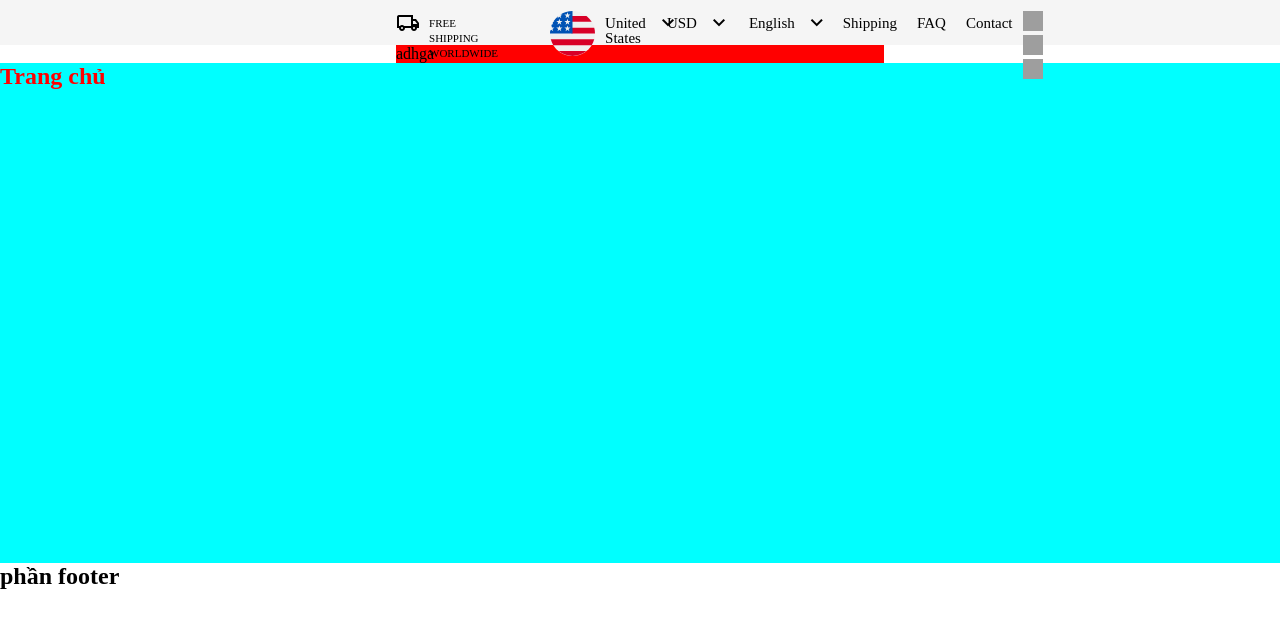
Repository: tatvanhco/shopper
Page: /
These files come from the project's save history. The page is drawn as it stood at one moment and after a run of saves; the edit follows.
The browser window is 1280 px wide. The pictures show the whole page.
Pictures or frames that could not be fetched are drawn as grey boxes. The project was rebuilt for these pictures with package versions that can differ from the ones it lists, and the page was loaded fresh each time.

Above is the page before, as saved 2022-09-24 12:07:52.

### src/index.tsx
import React from 'react';
import { createRoot } from 'react-dom/client';
import { Provider } from 'react-redux';
import { store } from './app/store';
import App from './App';
import reportWebVitals from './reportWebVitals';
import './index.scss';

const container = document.getElementById('root')!;
const root = createRoot(container);

root.render(
    <React.StrictMode>
        <Provider store={store}>
            <App />
        </Provider>
    </React.StrictMode>,
);

// If you want to start measuring performance in your app, pass a function
// to log results (for example: reportWebVitals(console.log))
// or send to an analytics endpoint. Learn more: https://bit.ly/CRA-vitals
reportWebVitals();

### src/app/store.ts
import { configureStore, ThunkAction, Action, getDefaultMiddleware } from '@reduxjs/toolkit';
import createSagaMiddleware from '@redux-saga/core';
import rootSaga from './rootSaga';

const sagaMiddleware = createSagaMiddleware();
export const store = configureStore({
    reducer: {

    },
    middleware: (getDefaultMiddleware) => {
        return getDefaultMiddleware().concat(sagaMiddleware);
    },
});

sagaMiddleware.run(rootSaga);

export type AppDispatch = typeof store.dispatch;
export type RootState = ReturnType<typeof store.getState>;
export type AppThunk<ReturnType = void> = ThunkAction<ReturnType, RootState, unknown, Action<string>>;

### src/App.tsx
import React from 'react';
import './App.scss';
import Header from 'components/header/header';
import Footer from 'components/footer/footer';
import Home from 'pages/home/home';

function App() {
    return (
        <div className="App">
            <Header />
            <Home />
            <Footer />
        </div>
    );
}

export default App;

### src/index.scss
/* @import 'normalize.css'; */
@import url('https://fonts.googleapis.com/css2?family=Roboto:wght@300;400;500;700&display=swap');
@import url('https://fonts.googleapis.com/css2?family=Material+Symbols+Outlined:opsz,wght,FILL,GRAD@20..48,100..700,0..1,-50..200');

body {
    margin: 0;
    padding: 0;
    /* font-family: -apple-system, BlinkMacSystemFont, 'Segoe UI', 'Roboto', 'Oxygen', 'Ubuntu', 'Cantarell', 'Fira Sans',
        'Droid Sans', 'Helvetica Neue', sans-serif; */
    -webkit-font-smoothing: antialiased;
    -moz-osx-font-smoothing: grayscale;
}

html {
    margin: 0;
    padding: 0;
}

code {
    font-family: source-code-pro, Menlo, Monaco, Consolas, 'Courier New', monospace;
}

p {
    margin: 0 !important;
    line-height: initial;
}

h1,
h2 {
    margin: 0;
}

### src/app/rootSaga.ts
function* rootSaga() {
    console.log('hahahha');
}

export default rootSaga;

### src/App.scss
.container {
    padding: 0px 16px;
    margin: 0 380px;
}

.d-flex {
    display: flex;
}

.ul {
    list-style: none;
    padding-left: 0;
}

.title {
    font-size: 15px;
    line-height: 15px;
    padding: 0 10px;
}

.img-icon {
    width: 20px;
    height: 20px;
}

.p-4p {
    padding: 0 4px;
}

### src/components/header/header.tsx
import clsx from 'clsx';
import { url } from 'inspector';
import { Fragment } from 'react';
import styles from './header.module.scss';

function header() {
    return (
        <Fragment>
            <div className="header">
                <div className={styles.headerTop}>
                    <div className="container">
                        <div className={clsx(styles.headerContact, 'd-flex')}>
                            <div className="headerContactRight">
                                <ul className={clsx('headerContactRightItems', 'ul', 'd-flex')}>
                                    <li className={clsx('headerContactRightItem', 'd-flex')}>
                                        <span className={clsx('material-symbols-outlined', styles.icon)}>
                                            local_shipping
                                        </span>
                                        <p className={clsx(styles.titleShip)}>FREE SHIPPING WORLDWIDE</p>
                                    </li>
                                    <li className={clsx('headerContactRightItem', 'd-flex', 'p-4p')}>
                                        <div className={clsx(styles.nation, 'd-flex')}>
                                            <img
                                                className={styles.icon}
                                                src="data:[embedded picture, 137 characters]
                                                        nLzIwMDAvc3ZnIj4KPHBhdGggZD0iTTcgMTRDMTAuODY2IDE0IDE0IDEwLjg2NiAxNCA3QzE0IDMuMTM0MDEgMTAuODY2IDAgNyAwQzMuMTM0MDEgMCAwIDMuMTM0MDEgMCA3QzAgMTAuO
                                                        DY2IDMuMTM0MDEgMTQgNyAxNFoiIGZpbGw9IiNGMEYwRjAiLz4KPHBhdGggZD0iTTYuNjk1OCA2Ljk5OTk4SDE0LjAwMDFDMTQuMDAwMSA2LjM2ODE4IDEzLjkxNTkgNS43NTYxMiAxMy4
                                                        3NTkgNS4xNzM4OUg2LjY5NThWNi45OTk5OFoiIGZpbGw9IiNEODAwMjciLz4KPHBhdGggZD0iTTYuNjk1OCAzLjM0NzgzSDEyLjk3MjdDMTIuNTQ0MiAyLjY0ODU5IDExLjk5NjMgMi4wM
                                                        zA1NCAxMS4zNTc1IDEuNTIxNzNINi42OTU4VjMuMzQ3ODNaIiBmaWxsPSIjRDgwMDI3Ii8+CjxwYXRoIGQ9Ik02Ljk5OTk3IDE0QzguNjQ3NCAxNCAxMC4xNjE2IDEzLjQzMDYgMTEuMzU
                                                        3NCAxMi40NzgzSDIuNjQyNThDMy44MzgzMiAxMy40MzA2IDUuMzUyNTMgMTQgNi45OTk5NyAxNFoiIGZpbGw9IiNEODAwMjciLz4KPHBhdGggZD0iTTEuMDI3NDggMTAuNjUyMkgxMi45N
                                                        zI3QzEzLjMxNjcgMTAuMDkwOCAxMy41ODM1IDkuNDc3MjMgMTMuNzU4OSA4LjgyNjA3SDAuMjQxMjExQzAuNDE2Njc2IDkuNDc3MjMgMC42ODM0NjkgMTAuMDkwOCAxLjAyNzQ4IDEwLjY
                                                        1MjJaIiBmaWxsPSIjRDgwMDI3Ii8+CjxwYXRoIGQ9Ik0zLjI0MjUzIDEuMDkzMTVIMy44ODA0M0wzLjI4NzA3IDEuNTI0MjJMMy41MTM3MyAyLjIyMTczTDIuOTIwMzkgMS43OTA2NkwyL
                                                        jMyNzA2IDIuMjIxNzNMMi41MjI4NCAxLjYxOTE2QzIuMDAwNDEgMi4wNTQzNCAxLjU0MjUyIDIuNTY0MTkgMS4xNjUxNyAzLjEzMjI4SDEuMzY5NTdMMC45OTE4NjcgMy40MDY2OEMwLjk
                                                        zMzAyMyAzLjUwNDg0IDAuODc2NTg2IDMuNjA0NTYgMC44MjI1IDMuNzA1NzZMMS4wMDI4NiA0LjI2MDg3TDAuNjY2MzY3IDQuMDE2MzlDMC41ODI3MjMgNC4xOTM2IDAuNTA2MjE1IDQuM
                                                        zc0ODEgMC40Mzc0NDUgNC41NTk3OUwwLjYzNjE1MiA1LjE3MTQxSDEuMzY5NTdMMC43NzYyMDcgNS42MDI0OUwxLjAwMjg2IDYuM0wwLjQwOTUyNyA1Ljg2ODkzTDAuMDU0MTEzMyA2LjE
                                                        yNzE2QzAuMDE4NTM5MSA2LjQxMzEyIDAgNi43MDQzOSAwIDdIN0M3IDMuMTM0MDMgNyAyLjY3ODI3IDcgMEM1LjYxNzE3IDAgNC4zMjgxMSAwLjQwMTEzMyAzLjI0MjUzIDEuMDkzMTVaT
                                                        TMuNTEzNzMgNi4zTDIuOTIwMzkgNS44Njg5M0wyLjMyNzA2IDYuM0wyLjU1MzcxIDUuNjAyNDlMMS45NjAzNiA1LjE3MTQxSDIuNjkzNzdMMi45MjAzOSA0LjQ3MzlMMy4xNDcwMiA1LjE
                                                        3MTQxSDMuODgwNDNMMy4yODcwNyA1LjYwMjQ5TDMuNTEzNzMgNi4zWk0zLjI4NzA3IDMuNTYzMzZMMy41MTM3MyA0LjI2MDg3TDIuOTIwMzkgMy44Mjk3OUwyLjMyNzA2IDQuMjYwODdMM
                                                        i41NTM3MSAzLjU2MzM2TDEuOTYwMzYgMy4xMzIyOEgyLjY5Mzc3TDIuOTIwMzkgMi40MzQ3N0wzLjE0NzAyIDMuMTMyMjhIMy44ODA0M0wzLjI4NzA3IDMuNTYzMzZaTTYuMDI0NTkgNi4
                                                        zTDUuNDMxMjYgNS44Njg5M0w0LjgzNzkzIDYuM0w1LjA2NDU4IDUuNjAyNDlMNC40NzEyMiA1LjE3MTQxSDUuMjA0NjRMNS40MzEyNiA0LjQ3MzlMNS42NTc4OSA1LjE3MTQxSDYuMzkxM
                                                        0w1Ljc5Nzk0IDUuNjAyNDlMNi4wMjQ1OSA2LjNaTTUuNzk3OTQgMy41NjMzNkw2LjAyNDU5IDQuMjYwODdMNS40MzEyNiAzLjgyOTc5TDQuODM3OTMgNC4yNjA4N0w1LjA2NDU4IDMuNTY
                                                        zMzZMNC40NzEyMiAzLjEzMjI4SDUuMjA0NjRMNS40MzEyNiAyLjQzNDc3TDUuNjU3ODkgMy4xMzIyOEg2LjM5MTNMNS43OTc5NCAzLjU2MzM2Wk01Ljc5Nzk0IDEuNTI0MjJMNi4wMjQ1O
                                                        SAyLjIyMTczTDUuNDMxMjYgMS43OTA2Nkw0LjgzNzkzIDIuMjIxNzNMNS4wNjQ1OCAxLjUyNDIyTDQuNDcxMjIgMS4wOTMxNUg1LjIwNDY0TDUuNDMxMjYgMC4zOTU2MzdMNS42NTc4OSA
                                                        xLjA5MzE1SDYuMzkxM0w1Ljc5Nzk0IDEuNTI0MjJaIiBmaWxsPSIjMDA1MkI0Ii8+Cjwvc3ZnPgo="
                                                alt=""
                                            />
                                            <p className={clsx('title')}>United States</p>
                                            <span className={clsx('material-symbols-outlined', styles.icon)}>
                                                expand_more
                                            </span>
                                        </div>
                                    </li>
                                    <li className={clsx('headerContactRightItem', 'd-flex', 'p-4p')}>
                                        <div className={clsx(styles.nation, 'd-flex')}>
                                            <p className={clsx('title')}>USD</p>
                                            <span className={clsx('material-symbols-outlined', styles.icon)}>
                                                expand_more
                                            </span>
                                        </div>
                                    </li>
                                    <li className={clsx('headerContactRightItem', 'd-flex', 'p-4p')}>
                                        <div className={clsx(styles.nation, 'd-flex')}>
                                            <p className={clsx('title')}>English</p>
                                            <span className={clsx('material-symbols-outlined', styles.icon)}>
                                                expand_more
                                            </span>
                                        </div>
                                    </li>
                                </ul>
                            </div>
                            <div className="headerContactLeft">
                                <ul className={clsx('headerContactLeftItems', 'd-flex', 'ul')}>
                                    <li className={clsx('headerContactLeftItem')}>
                                        <p className={clsx('title')}>Shipping</p>
                                    </li>
                                    <li className={clsx('headerContactLeftItem')}>
                                        <p className={clsx('title')}>FAQ</p>
                                    </li>
                                    <li className={clsx('headerContactLeftItem')}>
                                        <p className={clsx('title')}>Contact</p>
                                    </li>
                                    <li className={clsx('headerContactLeftItem')}>
                                        <img
                                            className={clsx('img-icon', styles.icon)}
                                            src="https://cdn-icons-png.flaticon.com/512/1384/1384005.png"
                                            alt="Facebook"
                                        />
                                        <img
                                            className={clsx('img-icon', styles.icon)}
                                            src="https://cdn-icons-png.flaticon.com/512/3661/3661391.png"
                                            alt="Instagram"
                                        />
                                        <img
                                            className={clsx('img-icon', styles.icon)}
                                            src="https://cdn-icons-png.flaticon.com/512/1384/1384028.png"
                                            alt="Youtube"
                                        />
                                    </li>
                                </ul>
                            </div>
                        </div>
                    </div>
                </div>
                <div className="headerBottom">
                    <div className="container">
                        <div className={clsx(styles.headerFrom)}>adhga</div>
                    </div>
                </div>
            </div>
        </Fragment>
    );
}

export default header;

### src/components/footer/footer.tsx
function footer() {
    return <h2>phần footer</h2>;
}

export default footer;

### src/pages/home/home.tsx
import clsx from 'clsx';
import styles from './home.module.scss';

function Home() {
    return (
        <>
            <h2 className={clsx(styles.heading)}>Trang chủ</h2>
        </>
    );
}

export default Home;

### src/components/header/header.module.scss
.headerTop {
    background-color: #f5f5f5;
}

.headerContact {
    height: 45px;
    justify-content: space-between;
    vertical-align: middle;
}

.headerFrom {
    background-color: red;
}

.titleShip {
    font-size: 11px;
    line-height: 15px;
    padding: 0px 48px 0 9px;
}

.icon {
    transform: translateY(-5px);
}

### src/pages/home/home.module.scss
.heading {
    height: 500px;
    background-color: aqua;
    color: red;
}

.active {
    background-color: yellow;
}

Loaded but not shown: public/index.html (common file); src/reportWebVitals.ts (common file)

After the next 3 saves:
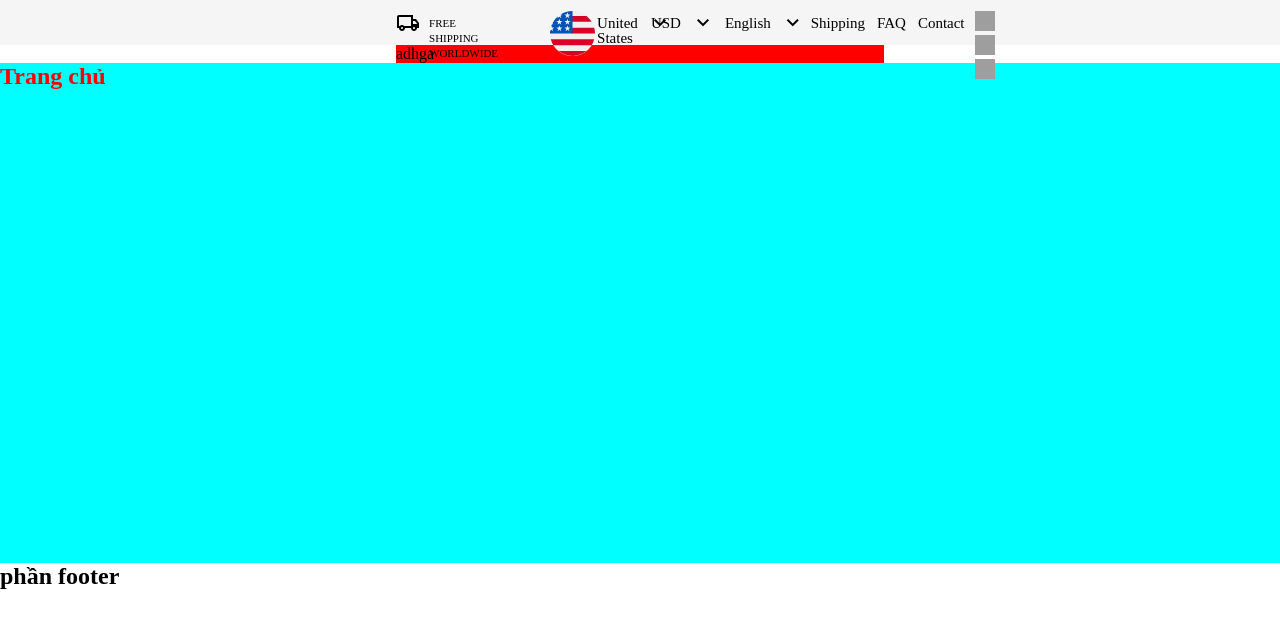
The 3 saves are shown as one change because they came seconds apart.
The last was saved 8 s later.
--- a/src/App.scss
+++ b/src/App.scss
@@ -15,7 +15,7 @@
 .title {
     font-size: 15px;
     line-height: 15px;
-    padding: 0 10px;
+    padding: 0 10px 0 2px;
 }
 
 .img-icon {
